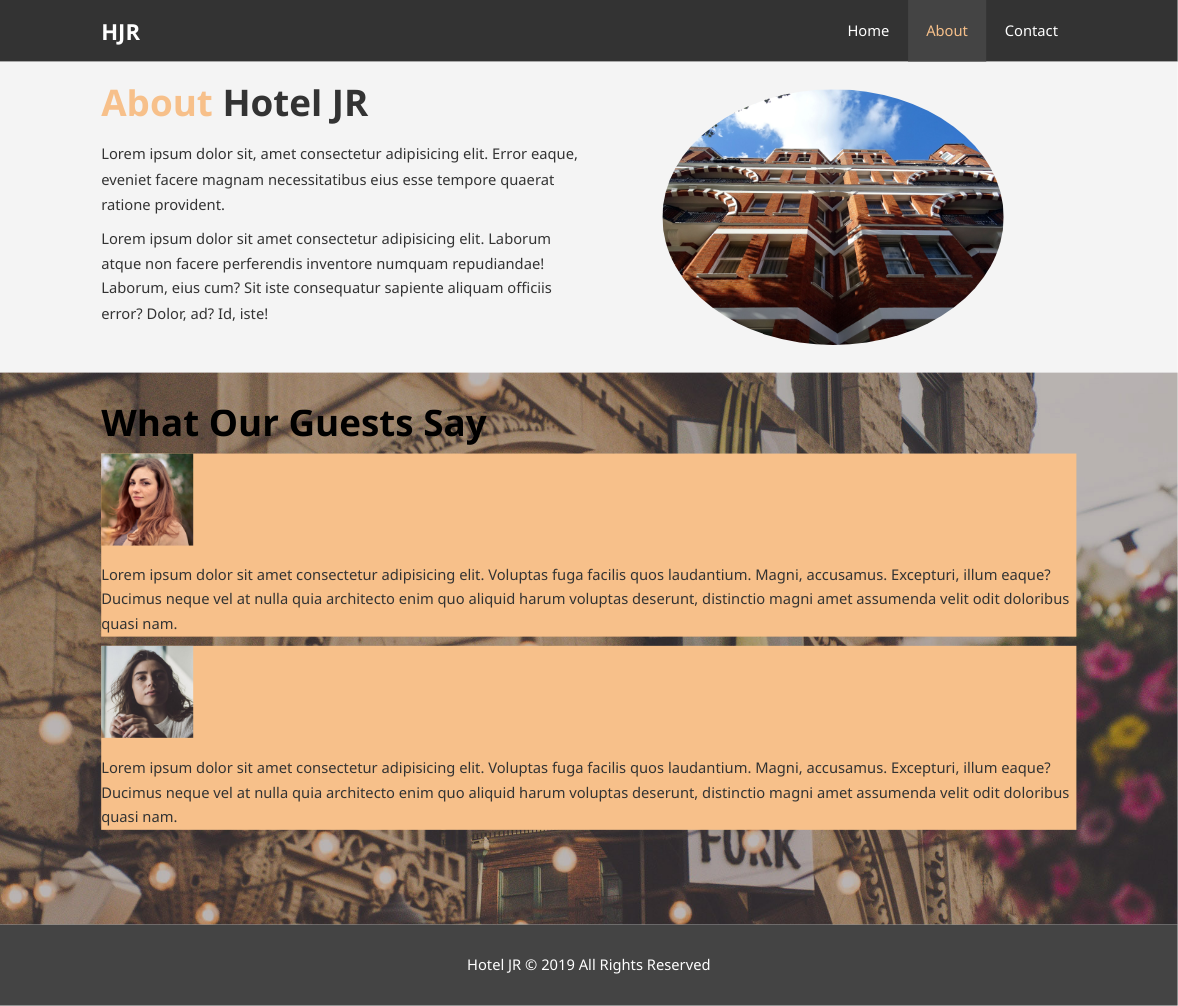
Repository: dimlutine/Hotel-Project
Page: about.html
The author's editor kept a copy of each file at every save. The page is drawn from the files as they stood at one save, then again after the next save.
The browser window is 1280 px wide. The pictures show the whole page, at 92% of full size.

Above is the page before, as saved 2019-07-05 22:56:54.

After the next save:
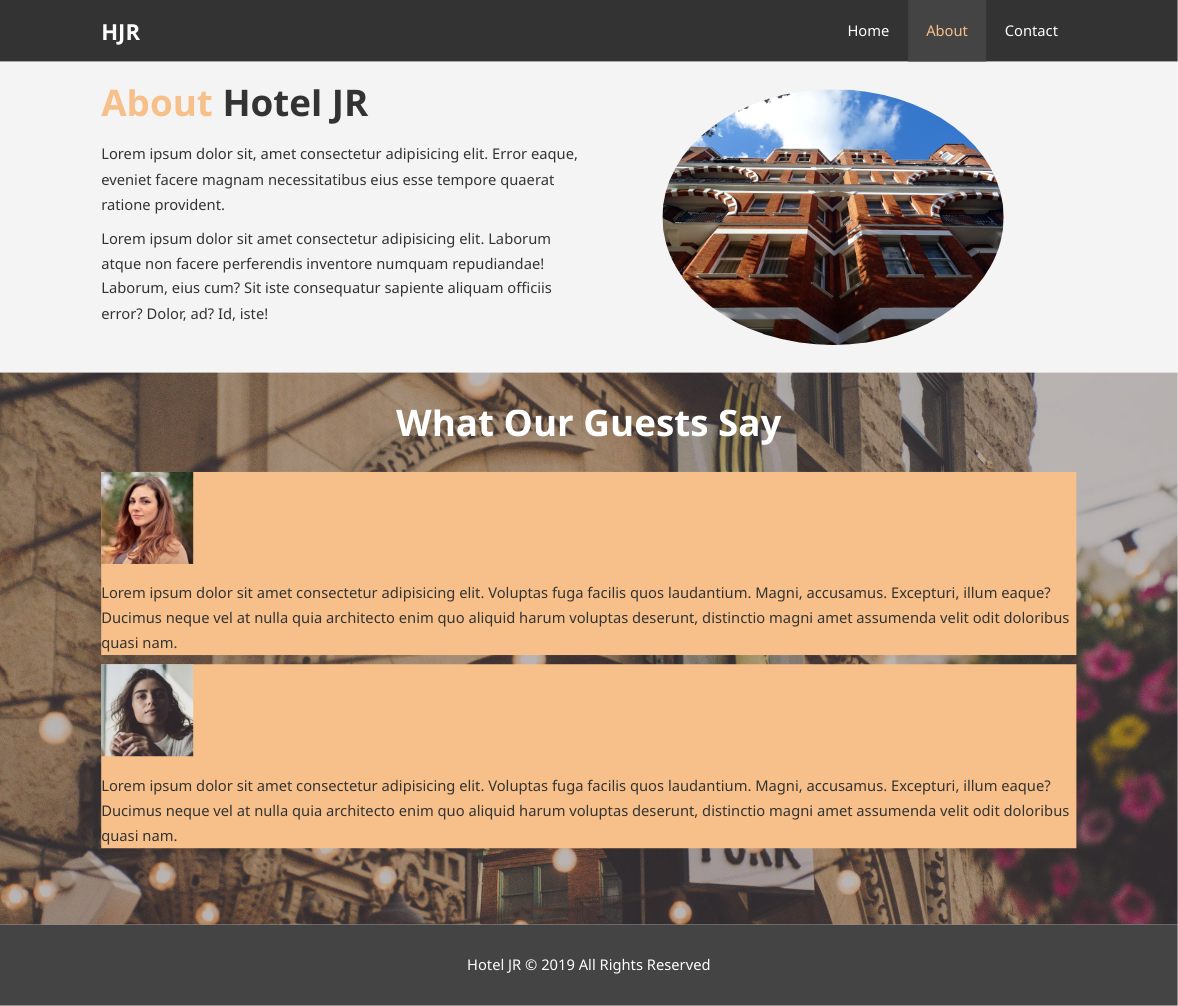
Saved 15 s later.
--- a/css/style.css
+++ b/css/style.css
@@ -227,7 +227,7 @@ p {
 
 /* Testimonials */
 
-#testimonials .testimonials h2 {
+#testimonials h2 {
     color: #fff;
     text-align: center;
     padding-bottom: 40px;
